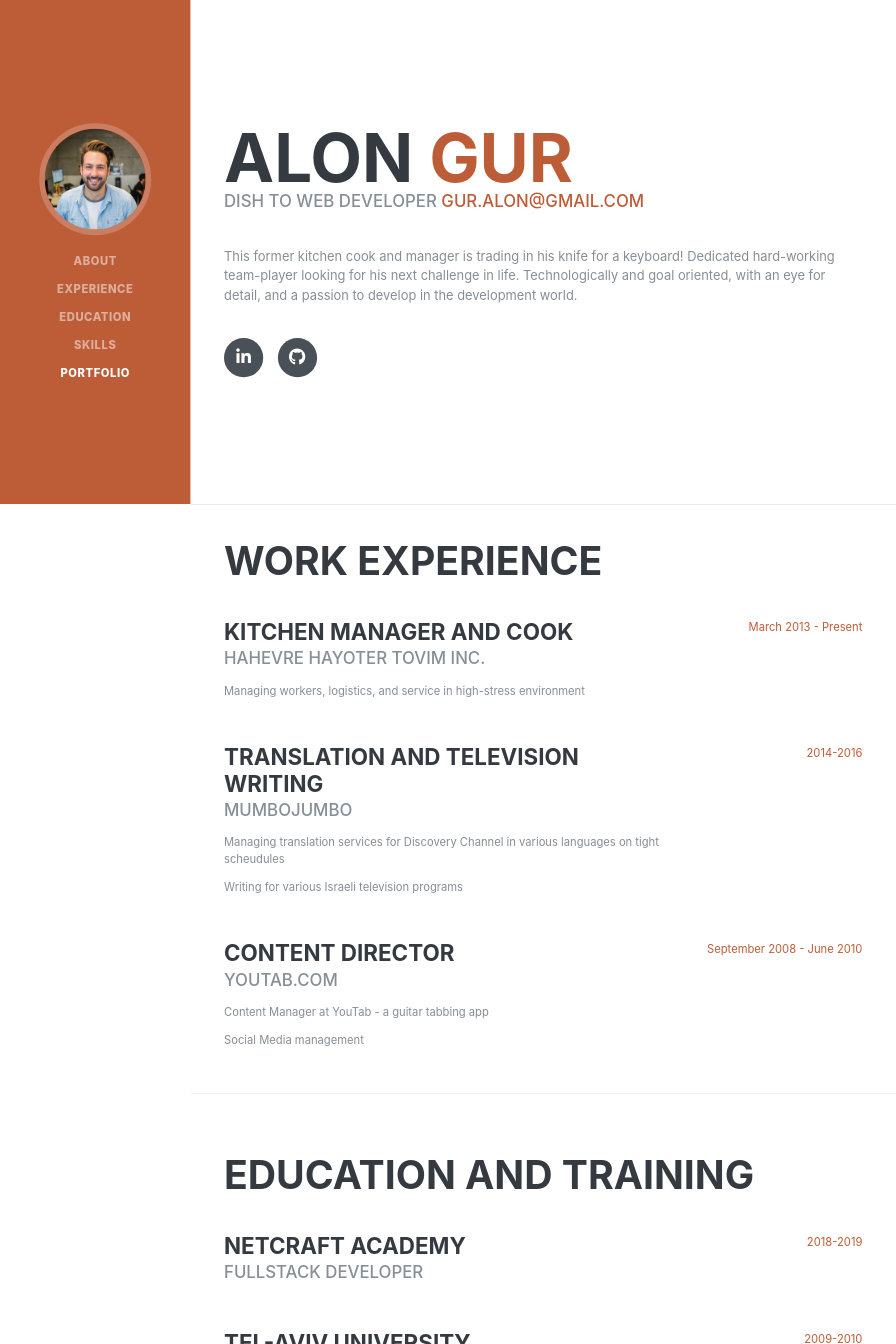
Repository: AlonGur/resume
Page: index.html
The author's editor kept a copy of each file at every save. The page is drawn from the files as they stood at one save, then again after the next save.
The browser window is 1280 px wide. The pictures show the part of the page from y = 0 to 1920 px (the page is 3726 px tall), at 70% of full size.
Some web fonts or font styles are not loaded; a fallback is used.

Above is the page before, as saved 2019-06-07 16:24:03.

### index.html
<!DOCTYPE html>
<html lang="en">

<head>

  <meta charset="utf-8">
  <meta name="viewport" content="width=device-width, initial-scale=1, shrink-to-fit=no">
  <meta name="description" content="">
  <meta name="author" content="">

  <title>Resume - Start Bootstrap Theme</title>

  <!-- Bootstrap core CSS -->
  <link href="vendor/bootstrap/css/bootstrap.min.css" rel="stylesheet">

  <!-- Custom fonts for this template -->
  <link href="https://fonts.googleapis.com/css?family=Saira+Extra+Condensed:500,700" rel="stylesheet">
  <link href="https://fonts.googleapis.com/css?family=Muli:400,400i,800,800i" rel="stylesheet">
  <link href="vendor/fontawesome-free/css/all.min.css" rel="stylesheet">

  <!-- Custom styles for this template -->
  <link href="css/resume.min.css" rel="stylesheet">

</head>

<body id="page-top">

  <nav class="navbar navbar-expand-lg navbar-dark bg-primary fixed-top" id="sideNav">
    <a class="navbar-brand js-scroll-trigger" href="#page-top">
      <span class="d-block d-lg-none">Alon Gur</span>
      <span class="d-none d-lg-block">
        <img class="img-fluid img-profile rounded-circle mx-auto mb-2" src="img/profile.jpg" alt="">
      </span>
    </a>
    <button class="navbar-toggler" type="button" data-toggle="collapse" data-target="#navbarSupportedContent" aria-controls="navbarSupportedContent" aria-expanded="false" aria-label="Toggle navigation">
      <span class="navbar-toggler-icon"></span>
    </button>
    <div class="collapse navbar-collapse" id="navbarSupportedContent">
      <ul class="navbar-nav">
        <li class="nav-item">
          <a class="nav-link js-scroll-trigger" href="#about">About</a>
        </li>
        <li class="nav-item">
          <a class="nav-link js-scroll-trigger" href="#experience">Experience</a>
        </li>
        <li class="nav-item">
          <a class="nav-link js-scroll-trigger" href="#education">Education</a>
        </li>
        <li class="nav-item">
          <a class="nav-link js-scroll-trigger" href="#skills">Skills</a>
        </li>

        <li class="nav-item">
          <a class="nav-link js-scroll-trigger" href="#portfolio">Portfolio</a>
        </li>
      </ul>
    </div>
  </nav>

  <div class="container-fluid p-0">

    <section class="resume-section p-3 p-lg-5 d-flex align-items-center" id="about">
      <div class="w-100">
        <h1 class="mb-0">Alon
          <span class="text-primary">Gur</span>
        </h1>
        <div class="subheading mb-5">Dish to Web Developer
          <a href="mailto:name@email.com">gur.alon@gmail.com</a>
        </div>
        <p class="lead mb-5">This former kitchen cook and manager is trading in his knife for a keyboard! Dedicated hard-working team-player looking for his next challenge in life. Technologically and goal oriented, with an eye for detail, and a passion to develop in the development world.


        </p>
        <div class="social-icons">
          <a href="https://www.linkedin.com/in/GurAlon">
            <i class="fab fa-linkedin-in"></i>
          </a>
          <a href="www.github.com/AlonGur ">
            <i class="fab fa-github"></i>
          </a>
        </div>
      </div>
    </section>

    <hr class="m-0">

    <section class="resume-section p-3 p-lg-5 d-flex justify-content-center" id="experience">
      <div class="w-100">
        <h2 class="mb-5">Work Experience</h2>

        <div class="resume-item d-flex flex-column flex-md-row justify-content-between mb-5">
          <div class="resume-content">
            <h3 class="mb-0">Kitchen Manager and Cook</h3>
            <div class="subheading mb-3"> HaHevre HaYoter Tovim Inc.</div>
            <p> Managing workers, logistics, and service in high-stress environment</p>
          </div>
          <div class="resume-date text-md-right">
            <span class="text-primary">March 2013 - Present</span>
          </div>
        </div>

        <div class="resume-item d-flex flex-column flex-md-row justify-content-between mb-5">
          <div class="resume-content">
            <h3 class="mb-0">Translation and Television Writing</h3>
            <div class="subheading mb-3">MumboJumbo</div>
<p>
  Managing translation services for Discovery Channel in various languages on tight scheudules
</p>
<p>Writing for various Israeli television programs</p>
</div>
          <div class="resume-date text-md-right">
            <span class="text-primary">2014-2016</span>
          </div>
        </div>

        <div class="resume-item d-flex flex-column flex-md-row justify-content-between">
          <div class="resume-content">
            <h3 class="mb-0">Content Director</h3>
            <div class="subheading mb-3">YouTab.com</div>
<p>Content Manager at YouTab - a guitar tabbing app</p>
<p>Social Media management</p>          </div>
          <div class="resume-date text-md-right">
            <span class="text-primary">September 2008 - June 2010</span>
          </div>
        </div>

      </div>

    </section>

    <hr class="m-0">

    <section class="resume-section p-3 p-lg-5 d-flex align-items-center" id="education">
      <div class="w-100">
        <h2 class="mb-5">Education and Training</h2>

        <div class="resume-item d-flex flex-column flex-md-row justify-content-between mb-5">
          <div class="resume-content">
            <h3 class="mb-0">Netcraft Academy</h3>
            <div class="subheading mb-3">Fullstack Developer</div>

          </div>
          <div class="resume-date text-md-right">
            <span class="text-primary">2018-2019</span>
          </div>
        </div>

        <div class="resume-item d-flex flex-column flex-md-row justify-content-between">
          <div class="resume-content">
            <h3 class="mb-0">Tel-Aviv University</h3>
            <div class="subheading mb-3">Bachelor of Arts</div>
            <p>academic year</p>
          </div>
          <div class="resume-date text-md-right">
            <span class="text-primary">2009-2010</span>
          </div>
        </div>

        <div class="resume-item d-flex flex-column flex-md-row justify-content-between">
            <div class="resume-content">
              <h3 class="mb-0">The Academic College of Tel Aviv - Yaffo</h3>
              <div class="subheading mb-3">Computer Science</div>
              <p>academic year</p>
            </div>
            <div class="resume-date text-md-right">
              <span class="text-primary">2008-2009</span>
            </div>
          </div>

      </div>
    </section>

    <hr class="m-0">

    <section class="resume-section p-3 p-lg-5 d-flex align-items-center" id="skills">
      <div class="w-100">
        <h2 class="mb-5">Skills</h2>

        <div class="subheading mb-3">Programming Languages &amp; Tools</div>
        <ul class="list-inline dev-icons">
          <li class="list-inline-item">
            <i class="fab fa-html5"></i>
          </li>
          <li class="list-inline-item">
            <i class="fab fa-css3-alt"></i>
          </li>
          <li class="list-inline-item">
            <i class="fab fa-js-square"></i>
          </li>
          <li class="list-inline-item">
            <i class="fab fa-angular"></i>
          </li>

          <li class="list-inline-item">
            <i class="fab fa-node-js"></i>
          </li>
          <li class="list-inline-item">
            <i class="fab fa-sass"></i>
          </li>


          <li class="list-inline-item">
            <i class="fab fa-grunt"></i>
          </li>

          <li class="list-inline-item">
            <i class="fab fa-npm"></i>
          </li>
        </ul>

      </div>
    </section>

    <hr class="m-0">



    <hr class="m-0">

    <section class="resume-section p-3 p-lg-5 d-flex align-items-center" id="portfolio">
      <div class="w-100">
        <h2 class="mb-5">Portfolio</h2>
        <ul class="fa-ul mb-0">
         <li><a   class="fab fa-html5" href="https://alongur.github.io/DevShots/">
           Devshot- static page
         </a></li>
         <li><a class="fab fa-node-js" target="_blank" href="https://photo-gallery-node-js.herokuapp.com/">
          Photo Gallery
        </a></li>
        <li><a class="fab fa-angular" href="">
          Blog App - Angular
        </a></li>
        </ul>
      </div>
    </section>

  </div>

  <!-- Bootstrap core JavaScript -->
  <script src="vendor/jquery/jquery.min.js"></script>
  <script src="vendor/bootstrap/js/bootstrap.bundle.min.js"></script>

  <!-- Plugin JavaScript -->
  <script src="vendor/jquery-easing/jquery.easing.min.js"></script>

  <!-- Custom scripts for this template -->
  <script src="js/resume.min.js"></script>

</body>

</html>

Loaded but not shown: vendor/bootstrap/css/bootstrap.min.css (library); vendor/fontawesome-free/css/all.min.css (library); css/resume.min.css (library); vendor/jquery/jquery.min.js (library); vendor/bootstrap/js/bootstrap.bundle.min.js (library); vendor/jquery-easing/jquery.easing.min.js (common file); js/resume.min.js (common file)

After the next save:
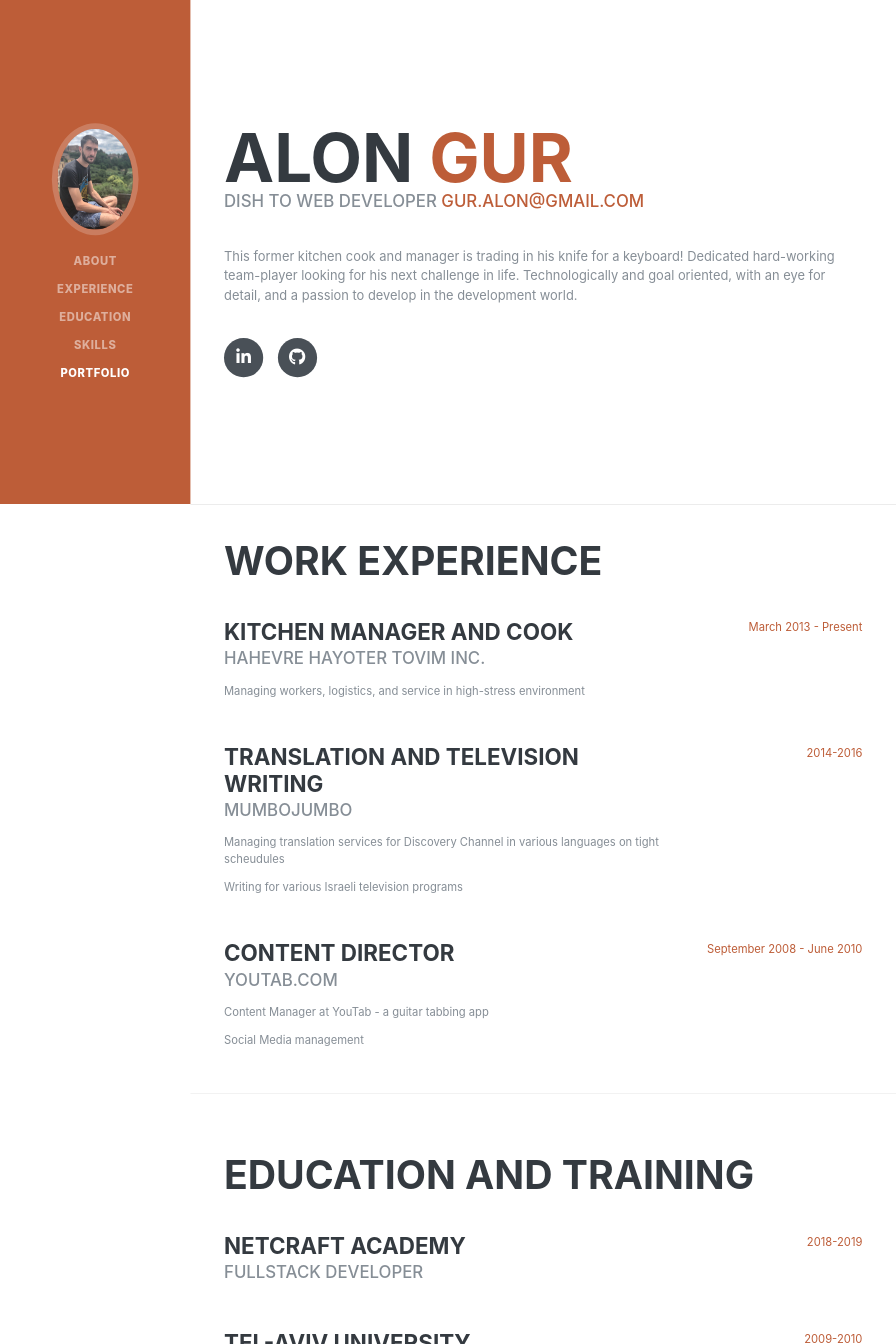
Saved 70 min 31 s later.
--- a/index.html
+++ b/index.html
@@ -29,7 +29,7 @@
     <a class="navbar-brand js-scroll-trigger" href="#page-top">
       <span class="d-block d-lg-none">Alon Gur</span>
       <span class="d-none d-lg-block">
-        <img class="img-fluid img-profile rounded-circle mx-auto mb-2" src="img/profile.jpg" alt="">
+        <img class="img-fluid img-profile rounded-circle mx-auto mb-2" src="img/profile1.jpg" alt="">
       </span>
     </a>
     <button class="navbar-toggler" type="button" data-toggle="collapse" data-target="#navbarSupportedContent" aria-controls="navbarSupportedContent" aria-expanded="false" aria-label="Toggle navigation">
